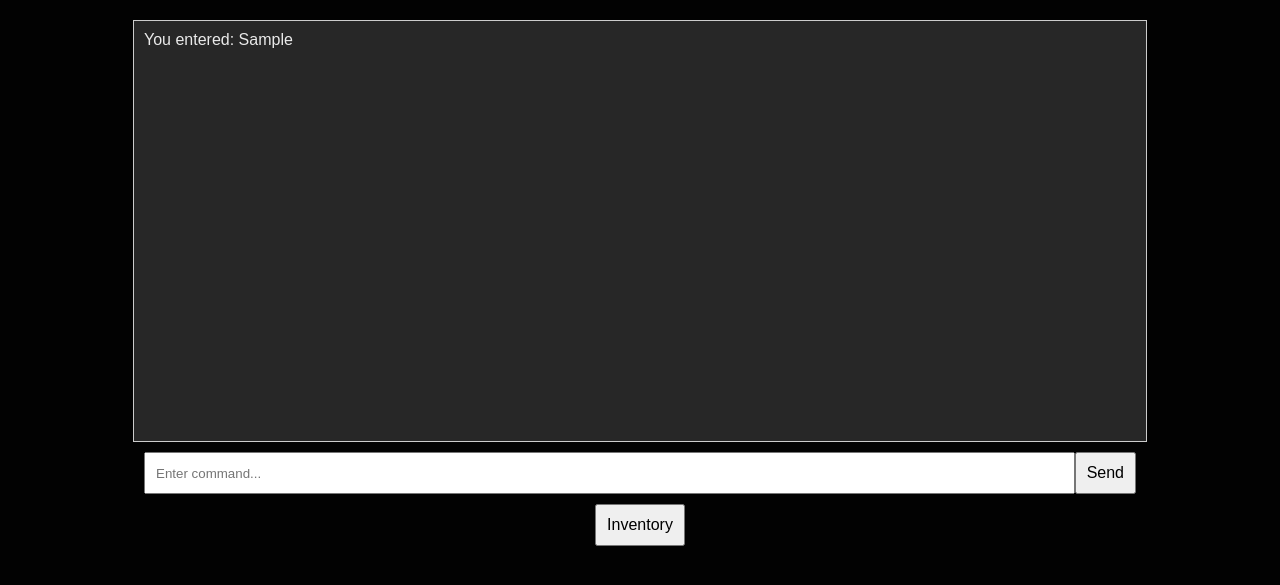
Repository: paragonmac/SUD
Page: index.html
An editor plug-in stored every save of this project. The page is shown before and after the next save, followed by the edit.
The browser window is 1280 px wide. The pictures show the whole page.
Empty fields were first filled with sample values (such as "Sample", 5 or name@example.com).
After loading, the first visible `#send-command` was clicked once.

Above is the page before, as saved 2024-06-29 20:33:55.

### index.html
<!DOCTYPE html>
<html lang="en">
<head>
    <meta charset="UTF-8">
    <meta name="viewport" content="width=device-width, initial-scale=1.0">
    <title>Text-Based Fantasy Game</title>
    <link rel="stylesheet" href="style.css">
</head>
<body>
    <div id="game-container">
        <div id="world-window"></div>
        <div id="command-window">
            <input type="text" id="command-input" placeholder="Enter command...">
            <button id="send-command">Send</button>
        </div>
        <button id="inventory-button">Inventory</button>
    </div>
    <script src="script.js"></script>
</body>
</html>

### style.css
body {
    font-family: Arial, sans-serif;
    background-color: #020202;
    margin: 0;
    padding: 0;
}
#game-container {
    display: flex;
    flex-direction: column;
    align-items: center;
    padding: 20px;
}
#world-window {
    width: 80%;
    height: 400px;
    color:#eaeaea ;
    background-color: #272727;
    border: 1px solid #ccc;
    margin-bottom: 10px;
body {
    font-family: Arial, sans-serif;
    background-color: #f0f0f0;
    margin: 0;
    padding: 0;
}
#game-container {
    display: flex;
    flex-direction: column;
    align-items: center;
    padding: 20px;
}
#world-window {
    width: 80%;
    height: 400px;
    color:#b8b8b8 ;
    background-color: #fff;
    border: 1px solid #ccc;
    margin-bottom: 10px;
    overflow-y: auto;
    padding: 10px;
}
#command-window {
    display: flex;
    width: 80%;
    margin-bottom: 10px;
}
#command-input {
 body {
    font-family: Arial, sans-serif;
    background-color: #b8b8b8;
    margin: 0;
    padding: 0;
}
#game-container {
    display: flex;
    flex-direction: column;
    align-items: center;
    padding: 20px;
}
#world-window {
    width: 80%;
    height: 400px;
    background-color: #272727;
    border: 1px solid #ccc;
    margin-bottom: 10px;
    overflow-y: auto;
    padding: 10px;
}
#command-window {
    display: flex;
    width: 80%;
    margin-bottom: 10px;
}
#command-input {
    flex: 1;
    padding: 10px;
    font-size: 16px;
}
#send-command {
    padding: 10px;
    font-size: 16px;
}
#inventory-button {
    padding: 10px;
    font-size: 16px;
}
.modal {
    display: none;
    position: fixed;
    z-index: 1;
    left: 0;
    top: 0;
    width: 100%;
    height: 100%;
    overflow: auto;
    background-color: rgba(0,0,0,0.4);
    padding-top: 60px;
}
#inventory-window {
    background-color: #fefefe;
    margin: 5% auto;
    padding: 20px;
    border: 1px solid #888;
    width: 80%;
}

    padding: 10px;
    font-size: 16px;
}
#send-command {
    padding: 10px;
    font-size: 16px;
}
#inventory-button {
    padding: 10px;
    font-size: 16px;
}
.modal {
    display: none;
    position: fixed;
    z-index: 1;
    left: 0;
    top: 0;
    width: 100%;
    height: 100%;
    background-color: rgba(0,0,0,0.4);
    padding-top: 60px;
}
#inventory-window {
    background-color: #fefefe;
    margin: 5% auto;
    padding: 20px;
    border: 1px solid #888;
    width: 80%;
}

    padding: 10px;
}
#command-window {
    display: flex;
    width: 80%;
    margin-bottom: 10px;
}
#command-input {
    flex: 1;
    padding: 10px;
 body {
    font-family: Arial, sans-serif;
    background-color: #272727;
    margin: 0;
    padding: 0;
}
#game-container {
    display: flex;
    flex-direction: column;
    align-items: center;
    padding: 20px;
}
#world-window {
    width: 80%;
    height: 400px;
    background-color: #272727;
    border: 1px solid #ccc;
    margin-bottom: 10px;
    overflow-y: auto;
    padding: 10px;
}
#command-window {
    display: flex;
    width: 80%;
    margin-bottom: 10px;
}
#command-input {
    flex: 1;
    padding: 10px;
    font-size: 16px;
}
#send-command {
    padding: 10px;
    font-size: 16px;
}
#inventory-button {
    padding: 10px;
    font-size: 16px;
}
.modal {
    display: none;
    position: fixed;
    z-index: 1;
    left: 0;
    top: 0;
    width: 100%;
    height: 100%;
    overflow: auto;
    background-color: rgba(0, 0, 0, 0);
    padding-top: 60px;
}
#inventory-window {
    background-color: #fefefe;
    margin: 5% auto;
    padding: 20px;
    border: 1px solid #888;
    width: 80%;
}

}
#send-command {
    padding: 10px;
    font-size: 16px;
}
#inventory-button {
    padding: 10px;
    font-size: 16px;
}
.modal {
    display: none;
    position: fixed;
    z-index: 1;
    left: 0;
    top: 0;
    width: 100%;
    overflow: auto;
    background-color: rgba(0,0,0,0.4);
    padding-top: 60px;
}
#inventory-window {
    background-color: #fefefe;
    margin: 5% auto;
    padding: 20px;
    border: 1px solid #888;
    width: 80%;
}

### script.js
document.addEventListener('DOMContentLoaded', () => {
    const worldWindow = document.getElementById('world-window');
    const commandInput = document.getElementById('command-input');
    const sendCommandButton = document.getElementById('send-command');
    const inventoryButton = document.getElementById('inventory-button');
    const inventoryContainer = document.getElementById('inventory-container');

    function logToWorld(message) {
        const messageElement = document.createElement('div');
        messageElement.textContent = message;
        worldWindow.appendChild(messageElement);
        worldWindow.scrollTop = worldWindow.scrollHeight;
    }

    function handleCommand(command) {
        logToWorld(`You entered: ${command}`);
        // Add game logic here
    }

    sendCommandButton.addEventListener('click', () => {
        const command = commandInput.value;
        commandInput.value = '';
        handleCommand(command);
    });

    commandInput.addEventListener('keypress', (e) => {
        if (e.key === 'Enter') {
            sendCommandButton.click();
        }
    });

    inventoryButton.addEventListener('click', () => {
        fetch('components/inventory.html')
            .then(response => response.text())
            .then(data => {
                inventoryContainer.innerHTML = data;
                inventoryContainer.style.display = 'block';
            })
            .catch(error => {
                logToWorld('Failed to load inventory window.');
                console.error('Error loading inventory window:', error);
            });
    });

    // Close the inventory when clicking outside of it
    window.addEventListener('click', (event) => {
        if (event.target === inventoryContainer) {
            inventoryContainer.style.display = 'none';
        }
    });
});

After the next save:
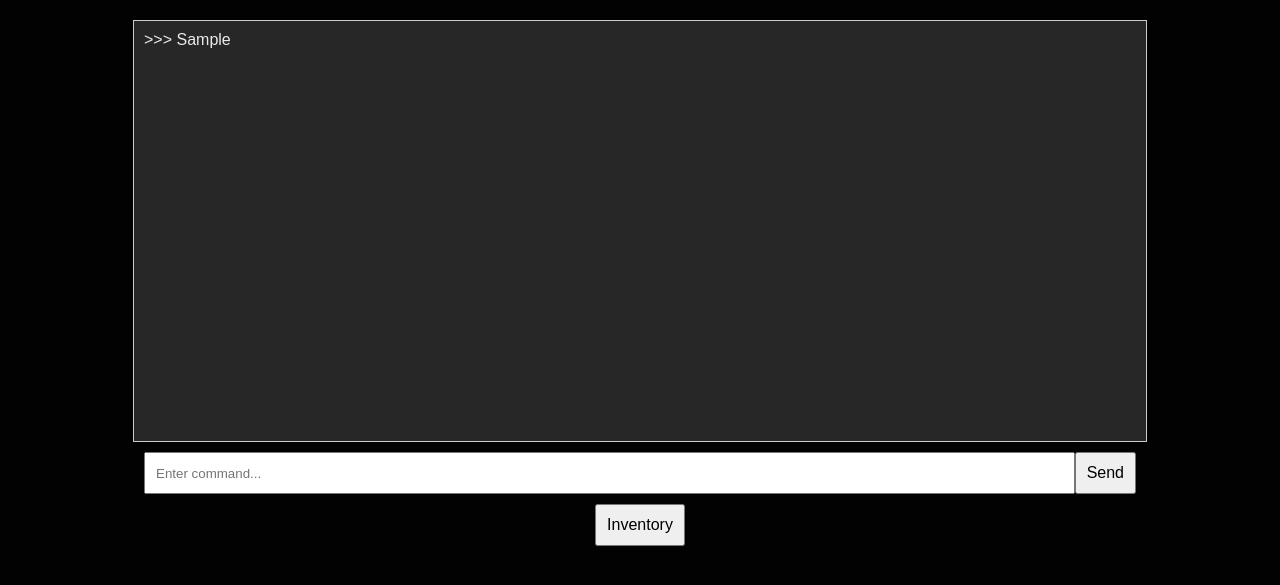
Saved 48 s later.
--- a/script.js
+++ b/script.js
@@ -13,7 +13,7 @@ document.addEventListener('DOMContentLoaded', () => {
     }
 
     function handleCommand(command) {
-        logToWorld(`You entered: ${command}`);
+        logToWorld(`>>> ${command}`);
         // Add game logic here
     }
 
